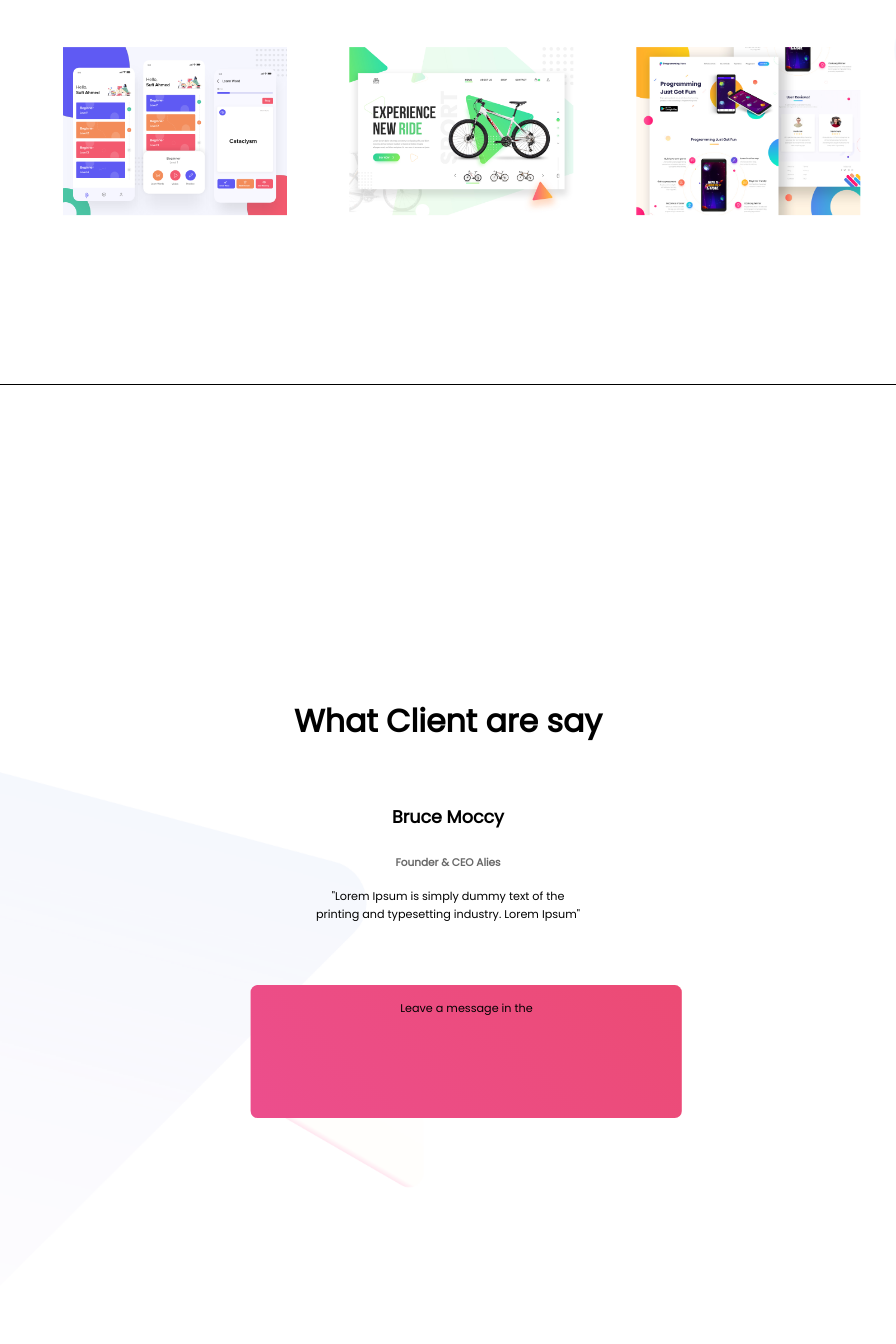
Repository: mohsinfarabi/personal-website
Page: index.html
The author's editor kept a copy of each file at every save. The page is drawn from the files as they stood at one save, then again after a run of saves.
The browser window is 1280 px wide. The pictures show the part of the page from y = 2355 to 4275 px (the page is 4275 px tall), at 70% of full size.

Above is the page before, as saved 2020-07-01 16:58:55.

After the next 2 saves:
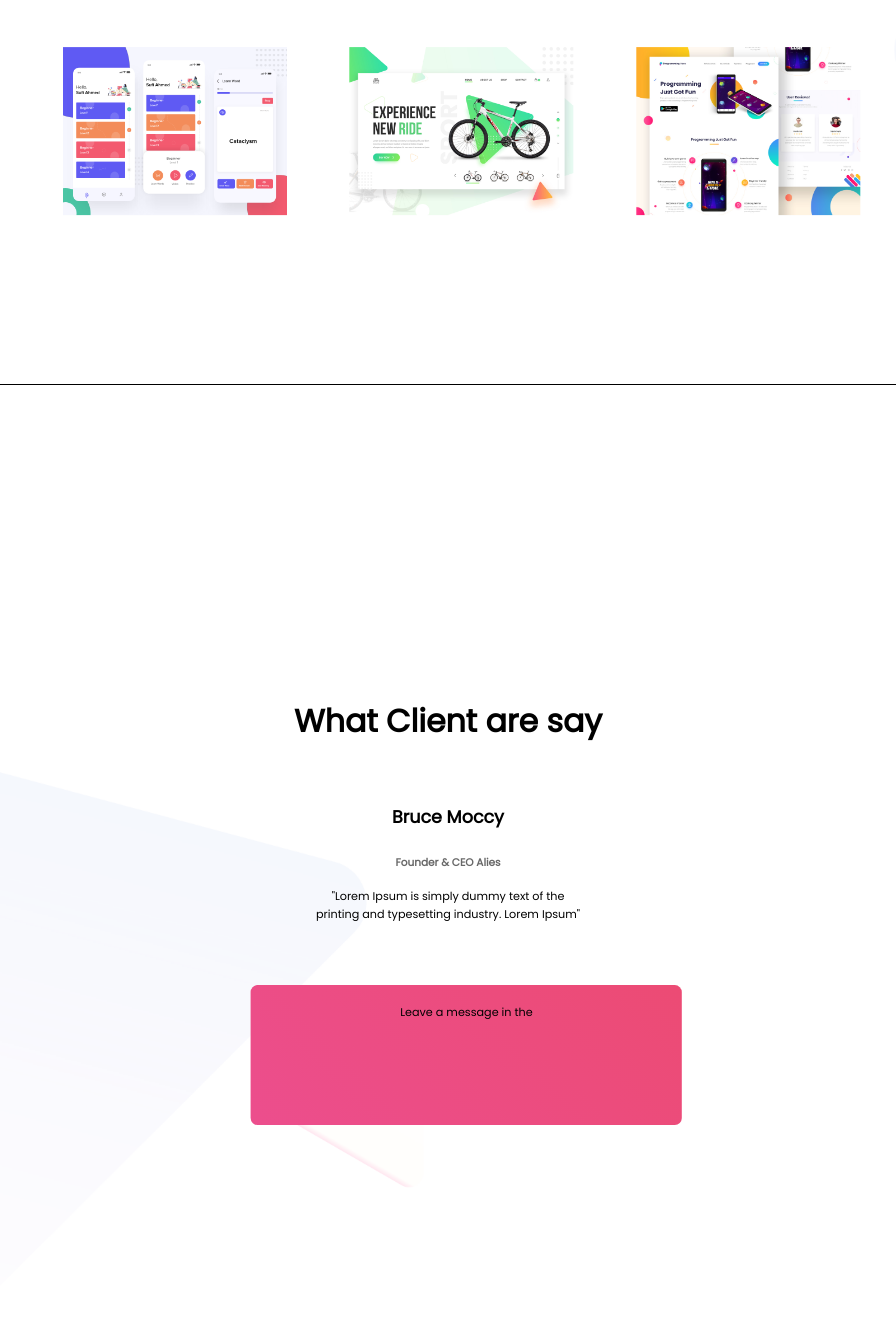
The 2 saves are shown as one change because they came seconds apart.
The last was saved 34 s later.
--- a/style.css
+++ b/style.css
@@ -131,9 +131,7 @@ section {
     width: 45%;
     height: 20%;
     background-image: linear-gradient(45deg, #ec4e8d, #ec4b74);
-    padding: 5px 20px;
+    padding: 10px 20px;
     border-radius: 10px;
-    color: white;
-    font-weight: 400;
     text-align: center;
 }
